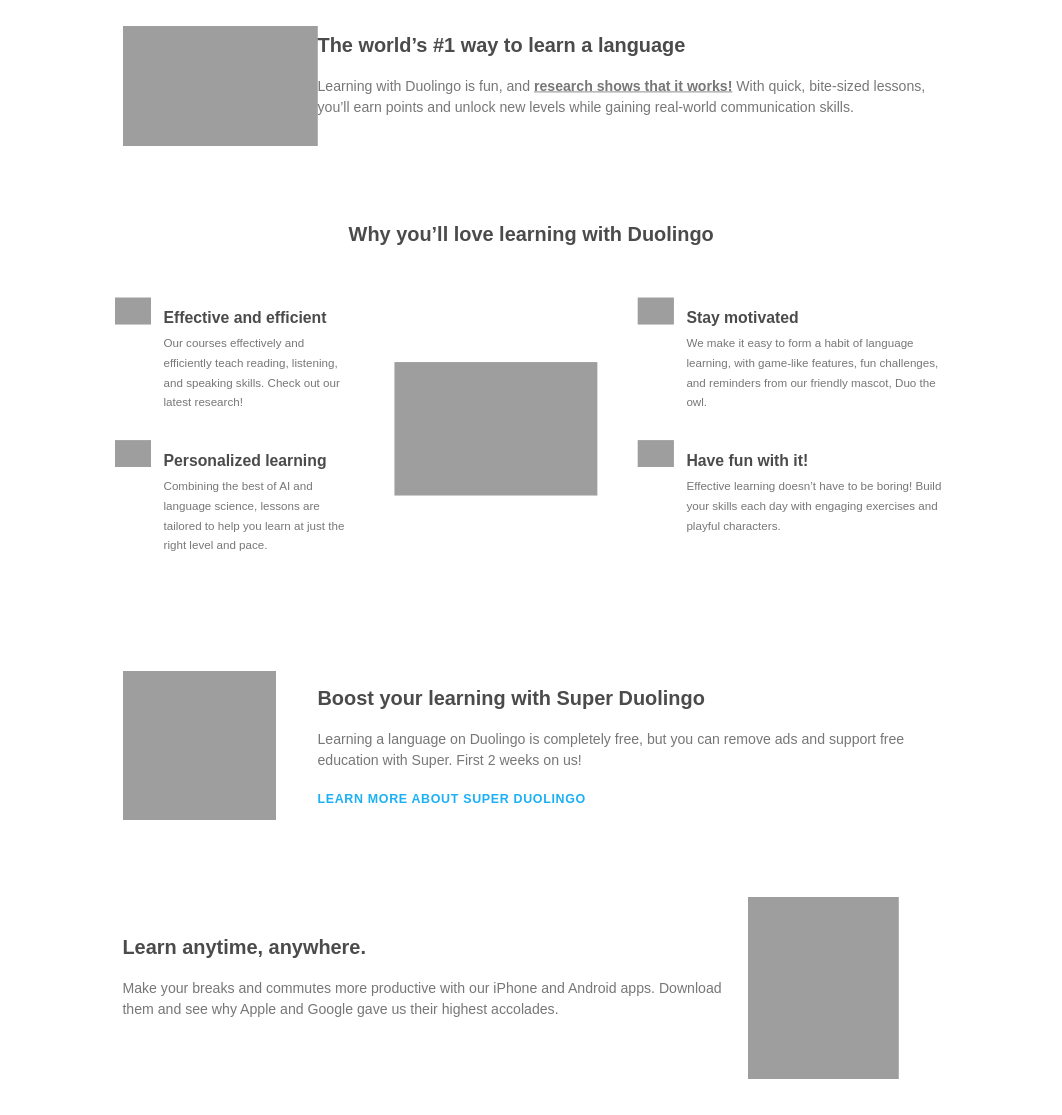
Repository: kauittt/duolingo-little
Page: login.html
The author's editor kept a copy of each file at every save. The page is drawn from the files as they stood at one save, then again after the next save.
The browser window is 1280 px wide. The pictures show the part of the page from y = 740 to 2083 px (the page is 2083 px tall), at 83% of full size.
Pictures or frames that could not be fetched are drawn as grey boxes. A picture or video elsewhere on the page could not be fetched, so the positions and the page height are approximate. Some web libraries are served in a nearby version.

Above is the page before, as saved 2023-03-26 20:29:07.

After the next save:
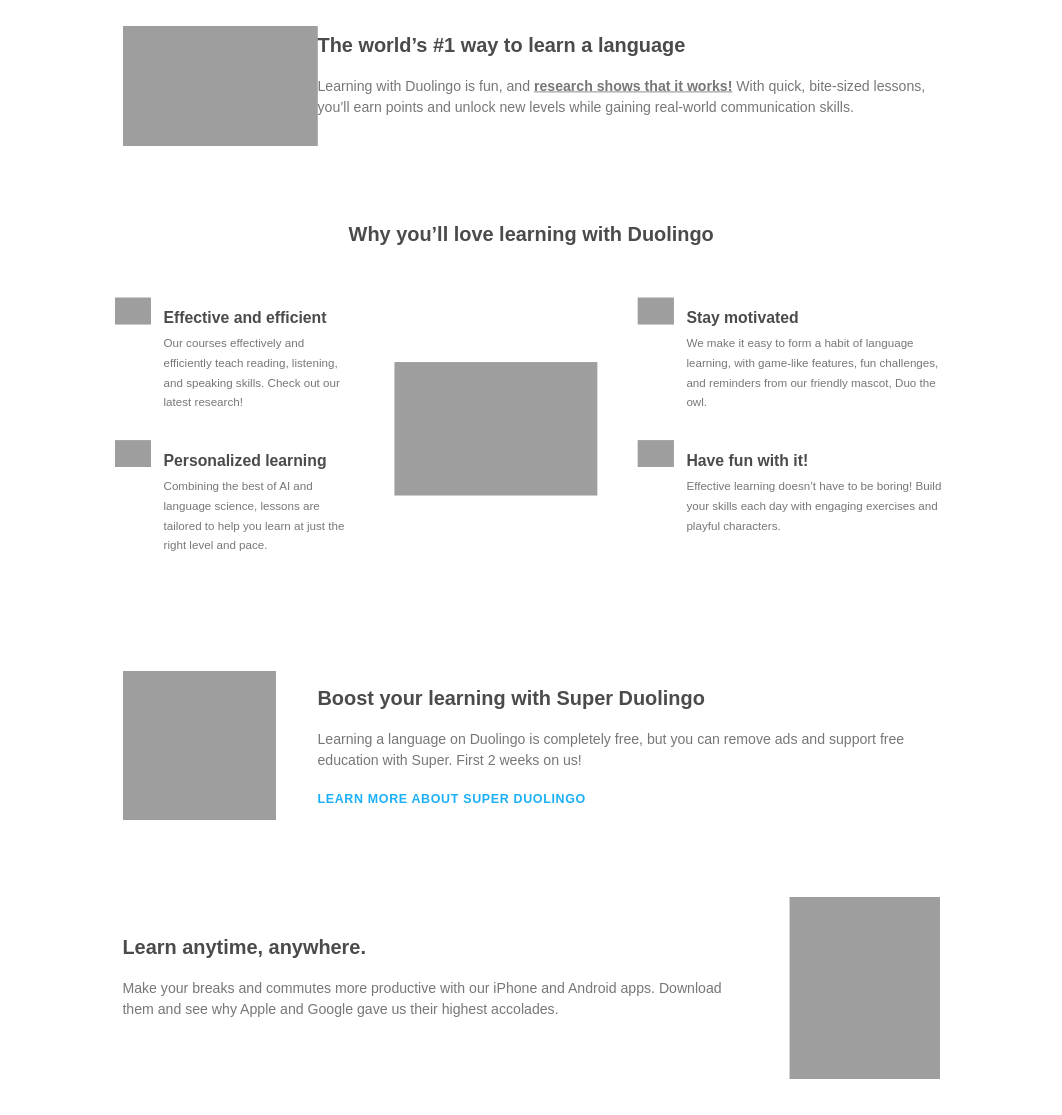
Saved 21 s later.
--- a/assets/css/stytes.css
+++ b/assets/css/stytes.css
@@ -318,5 +318,5 @@
 .download .section__img img {
     height: 220px;
     width: 182px;
-    margin-right: 50px;
-}
+    margin-left: 50px;
+}
